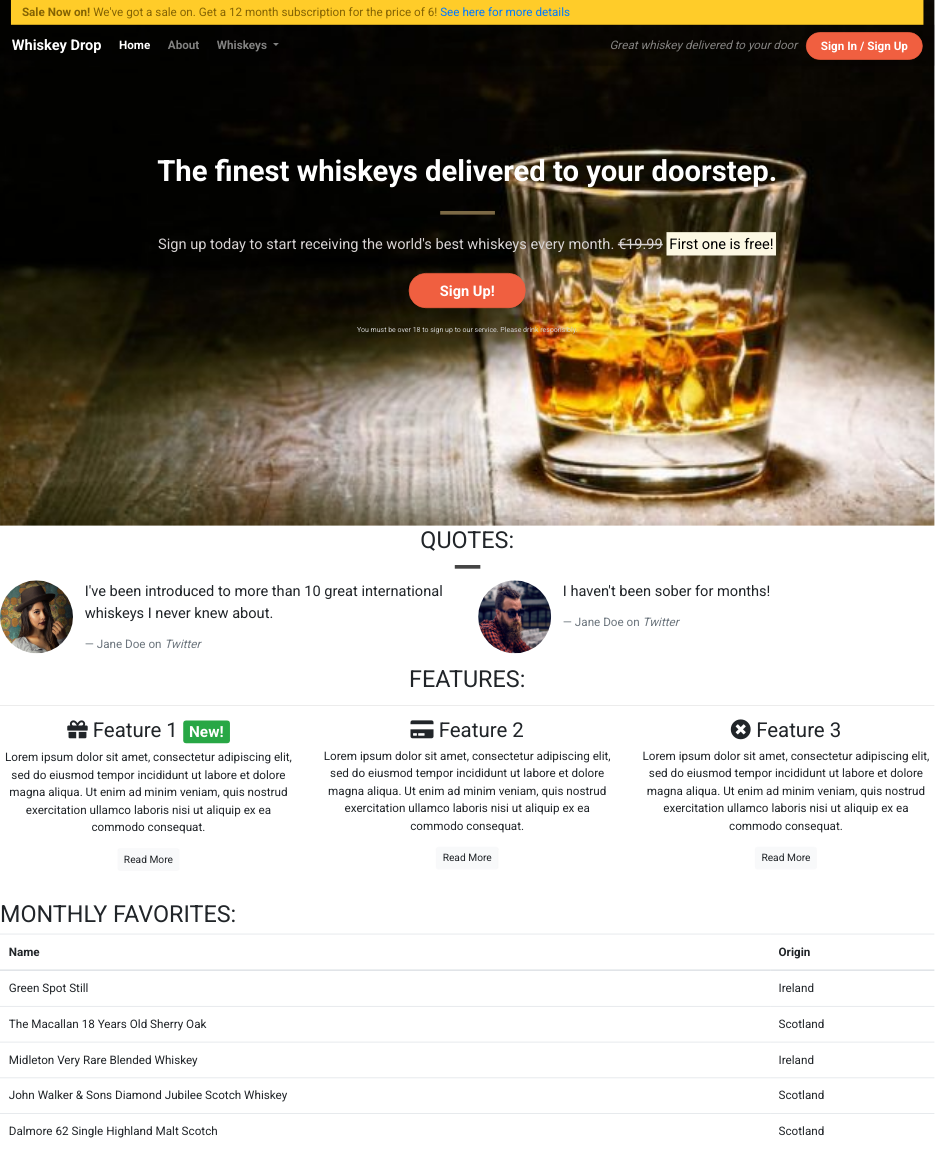
Repository: grisselfaura/BootstrappingYourNextBigIdea-BS4
Page: index.html
The author's editor kept a record of every edit. The page is drawn from the files as they stood at one moment, then again after the next edit.
The browser window is 1280 px wide. The page is 1295 px wide, so the pictures cover 1295 px, including what lies to the right of the window. The pictures show the whole page, at 73% of full size.
Backgrounds fixed to the window are drawn as part of the page. Some web libraries are served in a nearby version.

Above is the page before.

After the next edit:
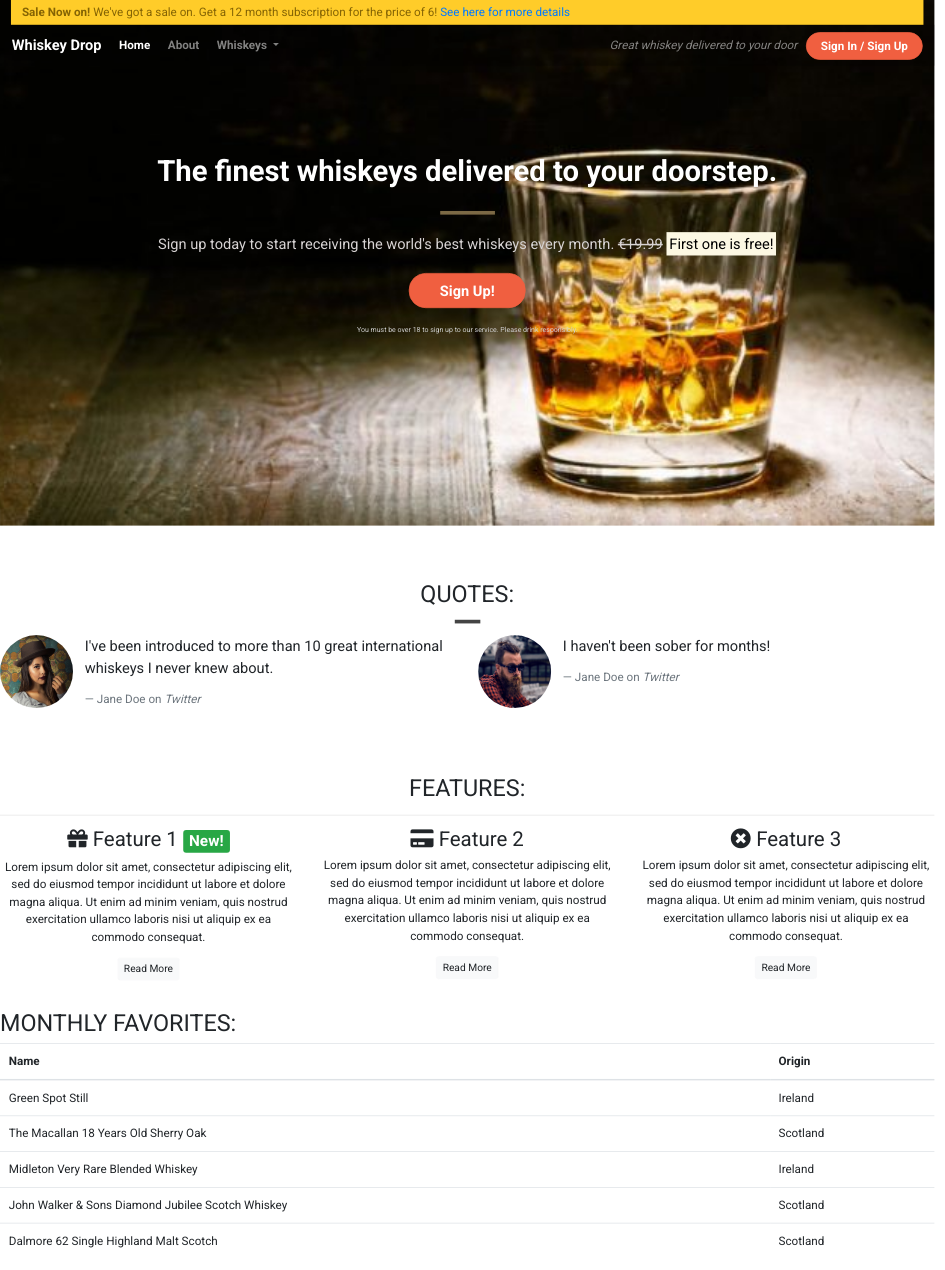
The edit:
--- a/index.html
+++ b/index.html
@@ -76,7 +76,7 @@
         <!-- /.callout -->
 
         <!-- Quotes -->
-        <div class="cointainer quotes-container">
+        <div class="cointainer quotes-container content-container">
         <section class="quotes">
             <div class="row">
                 <div class="col-12 page-header">
